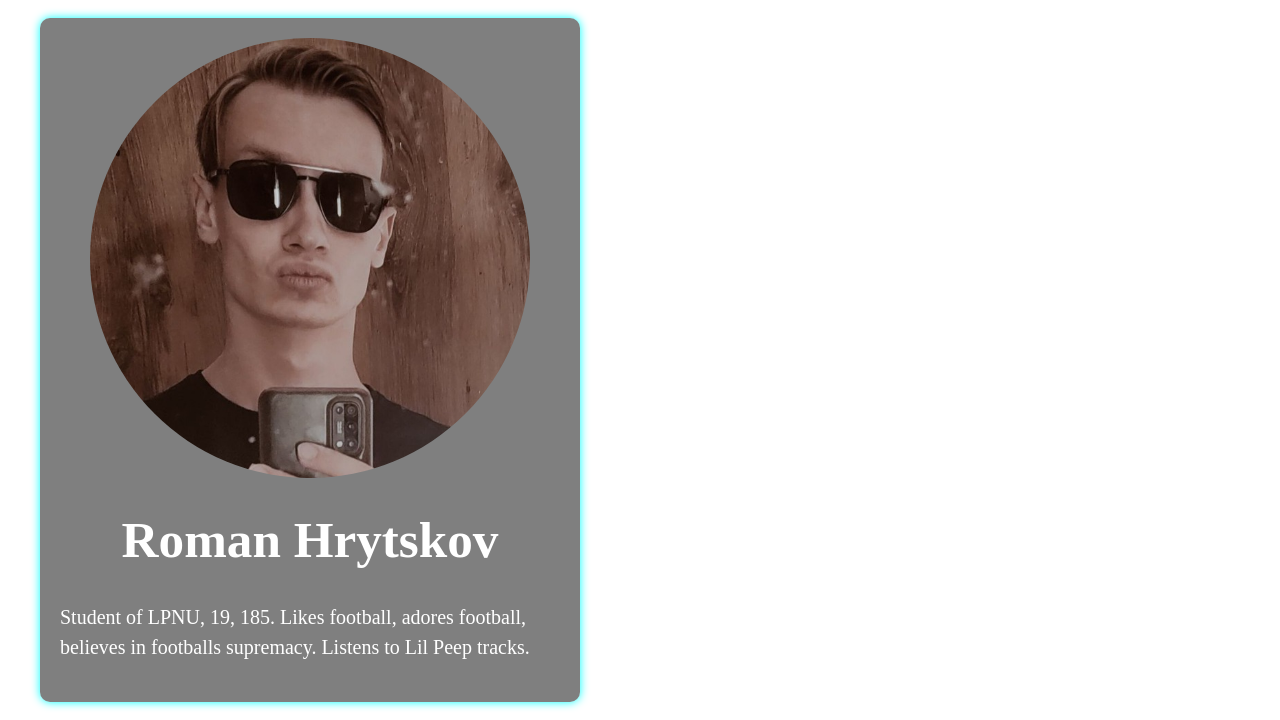
Repository: Romenjo/sombra-app
Page: /
An editor plug-in stored every save of this project. The page is shown before and after the next save, followed by the edit.
The browser window is 1280 px wide. The pictures show the whole page.
The project was rebuilt for these pictures with package versions that can differ from the ones it lists, and the page was loaded fresh each time. Also part of the build but not shown: vite.config.ts, src/App.css.

Above is the page before, as saved 2023-12-07 12:04:39.

### src/App.tsx
import { useState } from "react";
import "./App.css";
import ImagePlacer from "./components/ImagePlacer";
import DescriptionBox from "./components/DescriptionBox";
import Card from "./components/Card";
import HorizontalStack from "./components/HorizontalStack";
import HrytskovImage from "./images/romenjo.jpg";

function App() {
  return (
    <>
      <HorizontalStack>
        <Card
          imageUrl={HrytskovImage}
          name="Roman Hrytskov"
          description="Student of LPNU, 19, 185. Likes football, adores football, believes in footballs supremacy.
          Listens to Lil Peep tracks."
          glowColor="cyan"
        />
      </HorizontalStack>
    </>
  );
}

export default App;

### src/components/Card.tsx
import React from 'react';
import "../App.css";
import ImagePlacer from './ImagePlacer';
import DescriptionBox from './DescriptionBox';


interface CardProps {
  imageUrl: string;
  name: string;
  description: string;
  glowColor: string;
}

const Card: React.FC<CardProps> = ({ imageUrl, name, description, glowColor }) => {
  const styles = {
    card: {
      backgroundColor: 'rgba(0, 0, 0, 0.5)',
      backdropFilter: 'blur(10px)',
      boxShadow: `0 0 10px ${glowColor}`,
      color: 'white',
      padding: '20px',
      borderRadius: '10px',
      width: '500px',
      margin: 'auto 40px'
    },
  };

  return (
    <div style={styles.card} className="center">
      <ImagePlacer imageUrl={imageUrl} />
      <DescriptionBox name={name} description={description} />
    </div>
  );
};

export default Card;

### src/components/HorizontalStack.tsx
import React from "react";

interface HorizontalStackProps {
  children: React.ReactNode;
}

const HorizontalStack: React.FC<HorizontalStackProps> = ({ children }) => {
  return (
    <div style={{ display: "flex", justifyContent: "center" }}> {children}</div>
  );
};

export default HorizontalStack;

### src/components/ImagePlacer.tsx
import React from 'react';

const ImagePlacer = ({ imageUrl }) => {
  const styles = {
    borderRadius: '50%',
    overflow: 'hidden',
    width: '440px',
    height: '440px',
    margin: '0 auto',
  };

  return (
    <div style={styles}>
      <img src={imageUrl} alt="User" className="img-fluid" style={{ width: '100%', height: '100%', objectFit: 'cover' }} />
    </div>
  );
};

export default ImagePlacer;

### src/components/DescriptionBox.tsx
import React from 'react';

interface DescriptionBoxProps {
  name: string;
  description: string;
}

const DescriptionBox: React.FC<DescriptionBoxProps> = ({ name, description }) => {
  return (
    <div style={{ maxWidth: '500px', wordWrap: 'break-word', margin: '0 auto'}}>
      <h1 style={{ fontFamily: 'Alice', fontWeight: 'bold', textAlign: 'center' }}>{name}</h1>
      <p style={{ fontFamily: 'Alice', fontSize: '20px' }}>{description}</p>
    </div>
  );
};

export default DescriptionBox;

Loaded but not shown: index.html (common file); src/main.tsx (common file); src/index.css (common file)

After the next save:
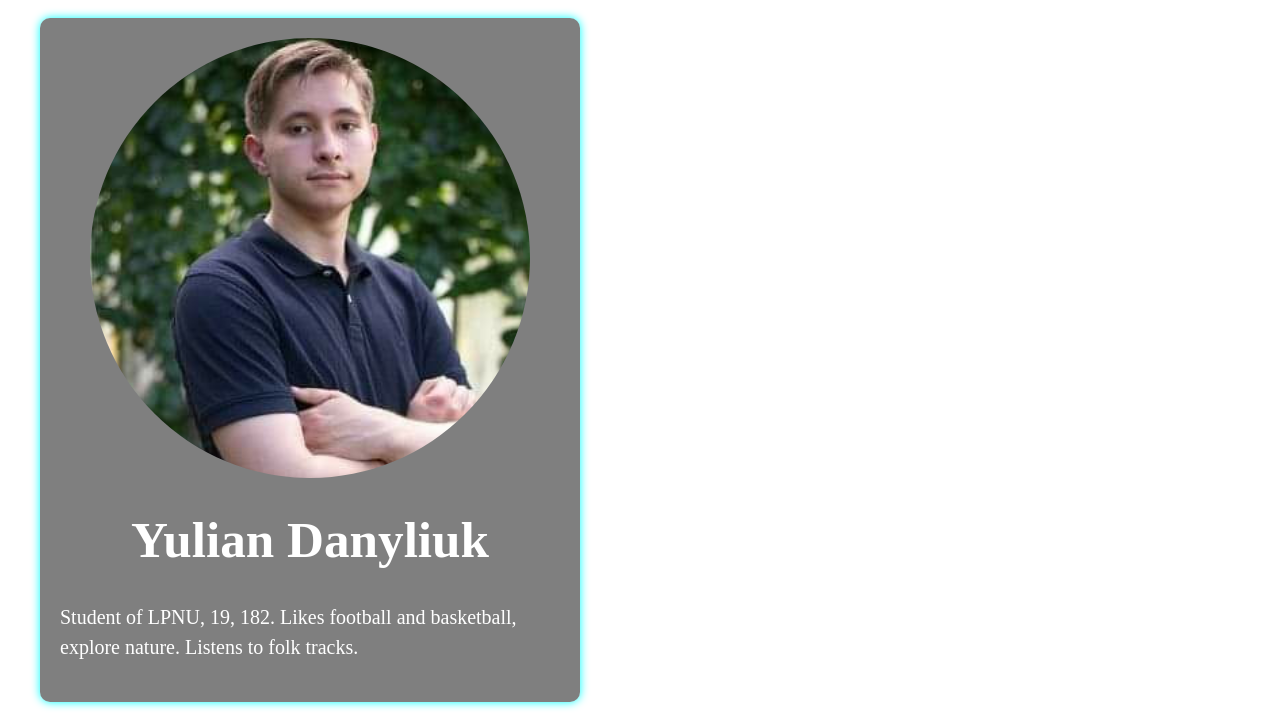
Saved 11 min 55 s later.
--- a/src/App.tsx
+++ b/src/App.tsx
@@ -1,20 +1,20 @@
-import { useState } from "react";
+//import { useState } from "react";
 import "./App.css";
-import ImagePlacer from "./components/ImagePlacer";
-import DescriptionBox from "./components/DescriptionBox";
+//import ImagePlacer from "./components/ImagePlacer";
+//import DescriptionBox from "./components/DescriptionBox";
 import Card from "./components/Card";
 import HorizontalStack from "./components/HorizontalStack";
-import HrytskovImage from "./images/romenjo.jpg";
+import DanyliukImage from "./images/danyliuk.jpg";
 
 function App() {
   return (
     <>
       <HorizontalStack>
         <Card
-          imageUrl={HrytskovImage}
-          name="Roman Hrytskov"
-          description="Student of LPNU, 19, 185. Likes football, adores football, believes in footballs supremacy.
-          Listens to Lil Peep tracks."
+          imageUrl={DanyliukImage}
+          name="Yulian Danyliuk"
+          description="Student of LPNU, 19, 182. Likes football and basketball, explore nature.
+          Listens to folk tracks."
           glowColor="cyan"
         />
       </HorizontalStack>
